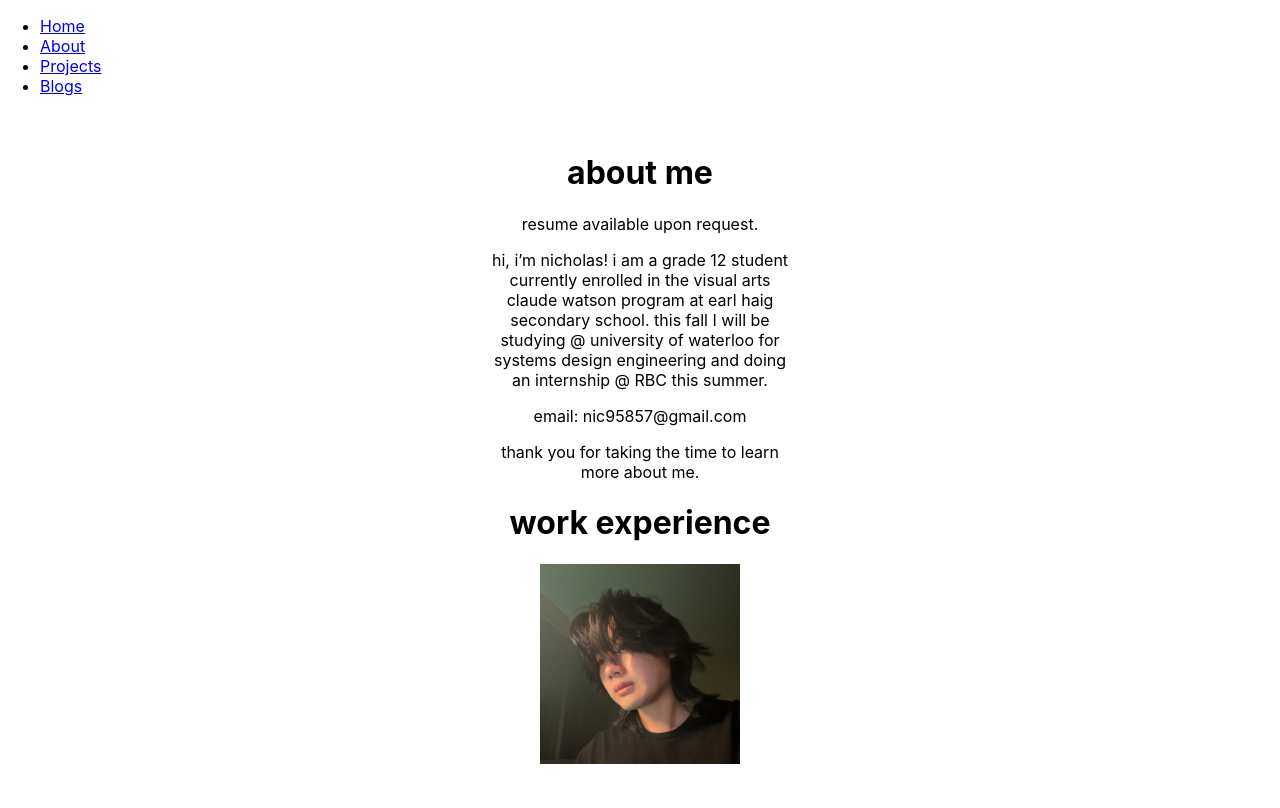
Repository: nicholaschen09/personalWebsite
Page: /about
These files come from the project's save history. The page is drawn as it stood at one moment and after the next save; the edit follows.
The browser window is 1280 px wide. The pictures show the whole page.
The project was rebuilt for these pictures with package versions that can differ from the ones it lists, and the page was loaded fresh each time. Also part of the build but not shown: src/components/Home.css, src/components/Home.js, src/components/Projects.css, src/components/Projects.js, src/components/Blog.css, src/components/Blog.js, src/components/Miscellaneous.css, src/components/Miscellaneous.js and 4 more.

Above is the page before, as saved 2024-05-23 12:35:33.

After the next save:
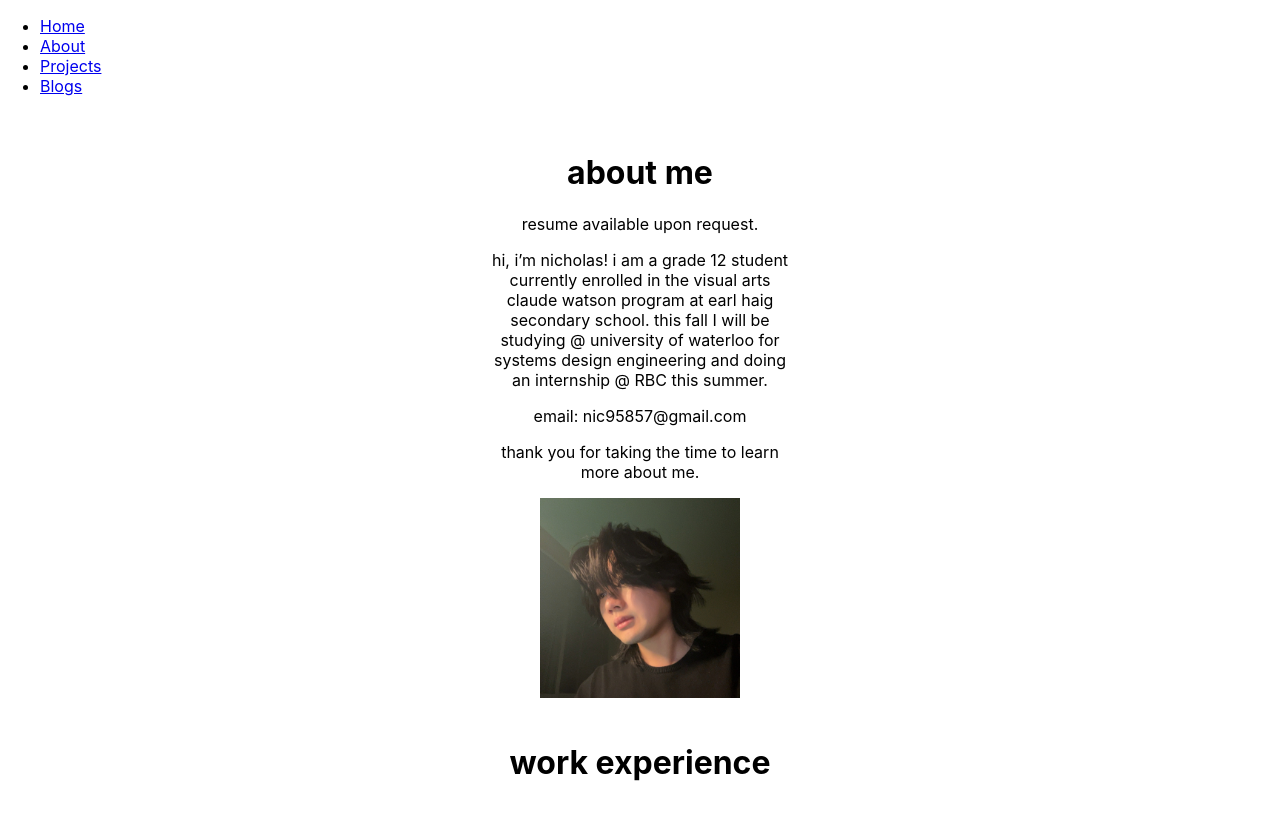
Saved 19 s later.
--- a/src/components/About.js
+++ b/src/components/About.js
@@ -11,15 +11,16 @@ const About = () => {
                 waterloo for systems design engineering and doing an internship @ RBC this summer.</p>
             <p>email: nic95857@gmail.com</p>
             <p>thank you for taking the time to learn more about me.</p>
+            <img src={process.env.PUBLIC_URL + '/file.jpg'}alt="profilePic" className="profilePic" />
+
             <h1>work experience</h1>
-            <img src={process.env.PUBLIC_URL + '/file.jpg'}alt="profilePic" className="profilePic" />
             </div>
+
+
 
     );
 };
 
 
 
-
-
 export default About;
